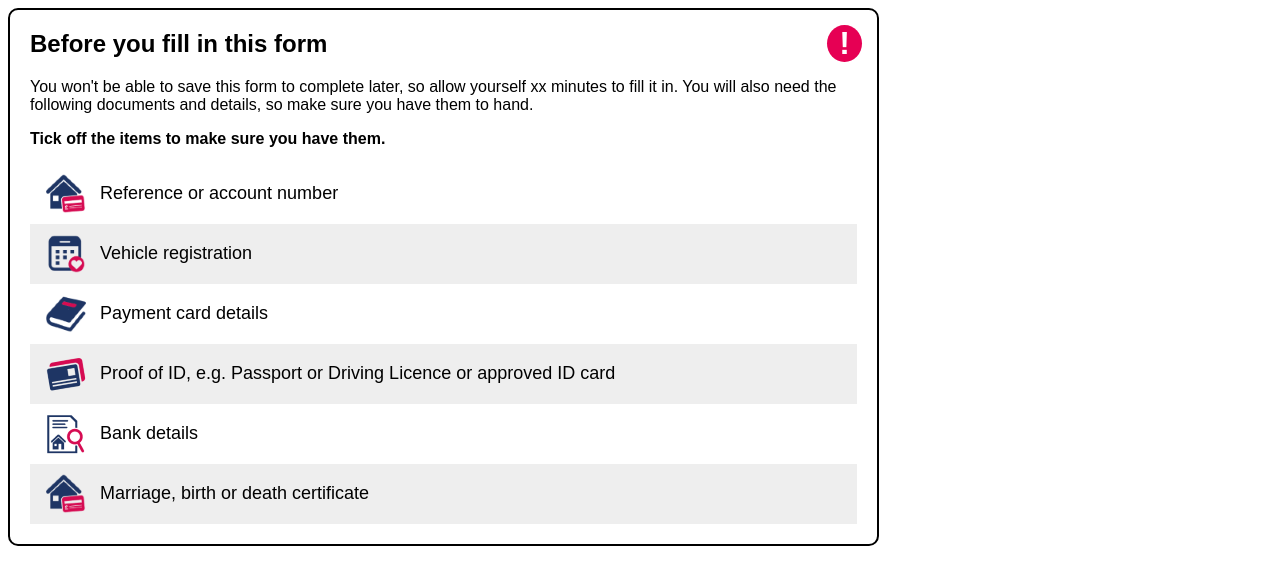
Repository: DigitalExperienceTeam/formchecklist
Page: index.html
The author's editor kept a record of every edit. The page is drawn from the files as they stood at one moment, then again after the next edit.
The browser window is 1280 px wide. The pictures show the whole page.

Above is the page before.

After the next edit:
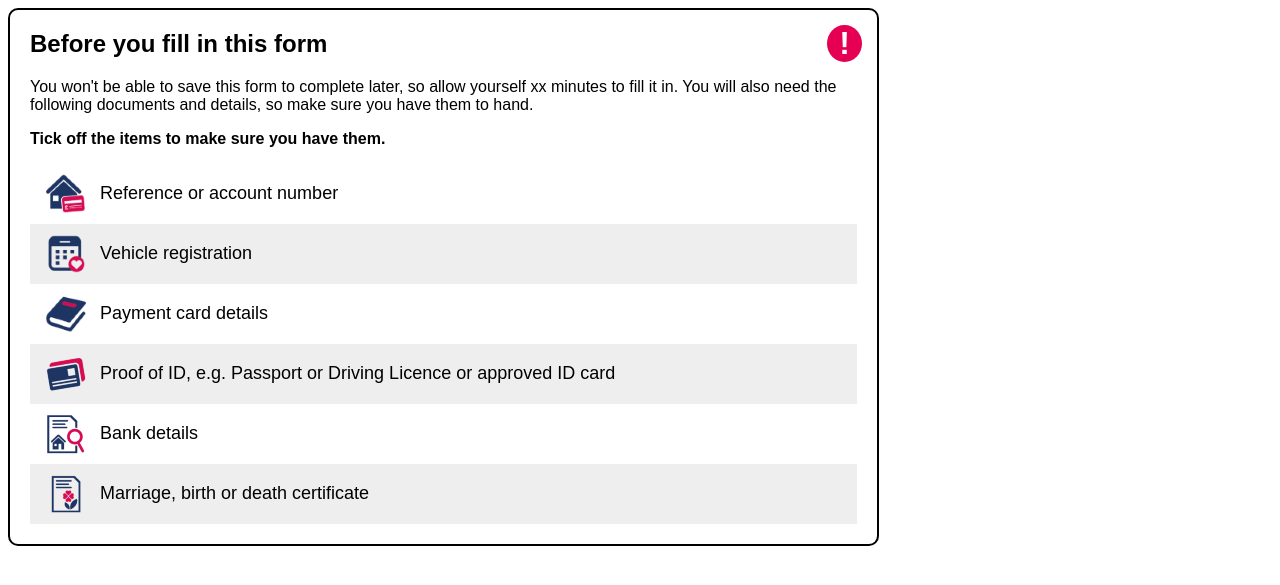
The edit:
--- a/style.css
+++ b/style.css
@@ -97,7 +97,7 @@
 }
 
 .certificate::before {
- content: url("Taxsmall.png");
+ content: url("Health2.png");
 }
 
 
